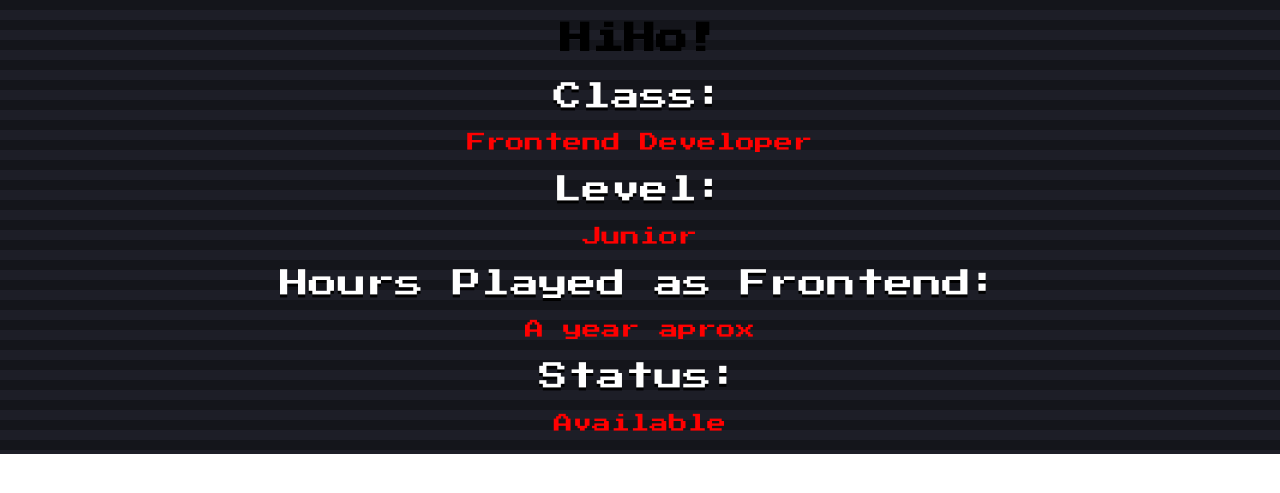
Repository: sernalab/soon
Page: index.html
These files come from the project's save history. The page is drawn as it stood at one moment and after the next save; the edit follows.
The browser window is 1280 px wide. The pictures show the whole page.
Some web fonts or font styles are not loaded; a fallback is used.

Above is the page before, as saved 2018-12-27 00:26:26.

### index.html
<!DOCTYPE html>
<html lang="en">

<head>
    <meta charset="UTF-8">
    <meta name="viewport" content="width=device-width, initial-scale=1.0">
    <meta http-equiv="X-UA-Compatible" content="ie=edge">
    <title>Lulz</title>
    <link rel="stylesheet" href="css/styles.css">
    <link href="https://fonts.googleapis.com/css?family=Aldrich" rel="stylesheet">
    <link href="https://fonts.googleapis.com/css?family=Press+Start+2P" rel="stylesheet">

</head>

<body>
    <main>
        <h1>HiHo!</h1>
        <span>Class:</span>
        <p> Frontend Developer</p>
        <span>Level:</span>
        <p>Junior</p>
        <span>Hours Played as Frontend:</span>
        <p>A year aprox</p>
        <span>Status:</span>
        <p>Available</p>
        <!-- 14151b 1d1e27-->
    </main>
</body>

<script>
    // google analitycs
</script>

</html>

### css/styles.css
/*! normalize.css v8.0.1 | MIT License | github.com/necolas/normalize.css */


/* Document
   ========================================================================== */


/**
 * 1. Correct the line height in all browsers.
 * 2. Prevent adjustments of font size after orientation changes in iOS.
 */

html {
    line-height: 1.15;
    /* 1 */
    -webkit-text-size-adjust: 100%;
    /* 2 */
}


/* Sections
   ========================================================================== */


/**
 * Remove the margin in all browsers.
 */

body {
    margin: 0;
}


/**
 * Render the `main` element consistently in IE.
 */

main {
    display: block;
}


/**
 * Correct the font size and margin on `h1` elements within `section` and
 * `article` contexts in Chrome, Firefox, and Safari.
 */

h1 {
    font-size: 2em;
    margin: 0.67em 0;
}


/* Grouping content
   ========================================================================== */


/**
 * 1. Add the correct box sizing in Firefox.
 * 2. Show the overflow in Edge and IE.
 */

hr {
    box-sizing: content-box;
    /* 1 */
    height: 0;
    /* 1 */
    overflow: visible;
    /* 2 */
}


/**
 * 1. Correct the inheritance and scaling of font size in all browsers.
 * 2. Correct the odd `em` font sizing in all browsers.
 */

pre {
    font-family: monospace, monospace;
    /* 1 */
    font-size: 1em;
    /* 2 */
}


/* Text-level semantics
   ========================================================================== */


/**
 * Remove the gray background on active links in IE 10.
 */

a {
    background-color: transparent;
}


/**
 * 1. Remove the bottom border in Chrome 57-
 * 2. Add the correct text decoration in Chrome, Edge, IE, Opera, and Safari.
 */

abbr[title] {
    border-bottom: none;
    /* 1 */
    text-decoration: underline;
    /* 2 */
    text-decoration: underline dotted;
    /* 2 */
}


/**
 * Add the correct font weight in Chrome, Edge, and Safari.
 */

b,
strong {
    font-weight: bolder;
}


/**
 * 1. Correct the inheritance and scaling of font size in all browsers.
 * 2. Correct the odd `em` font sizing in all browsers.
 */

code,
kbd,
samp {
    font-family: monospace, monospace;
    /* 1 */
    font-size: 1em;
    /* 2 */
}


/**
 * Add the correct font size in all browsers.
 */

small {
    font-size: 80%;
}


/**
 * Prevent `sub` and `sup` elements from affecting the line height in
 * all browsers.
 */

sub,
sup {
    font-size: 75%;
    line-height: 0;
    position: relative;
    vertical-align: baseline;
}

sub {
    bottom: -0.25em;
}

sup {
    top: -0.5em;
}


/* Embedded content
   ========================================================================== */


/**
 * Remove the border on images inside links in IE 10.
 */

img {
    border-style: none;
}


/* Forms
   ========================================================================== */


/**
 * 1. Change the font styles in all browsers.
 * 2. Remove the margin in Firefox and Safari.
 */

button,
input,
optgroup,
select,
textarea {
    font-family: inherit;
    /* 1 */
    font-size: 100%;
    /* 1 */
    line-height: 1.15;
    /* 1 */
    margin: 0;
    /* 2 */
}


/**
 * Show the overflow in IE.
 * 1. Show the overflow in Edge.
 */

button,
input {
    /* 1 */
    overflow: visible;
}


/**
 * Remove the inheritance of text transform in Edge, Firefox, and IE.
 * 1. Remove the inheritance of text transform in Firefox.
 */

button,
select {
    /* 1 */
    text-transform: none;
}


/**
 * Correct the inability to style clickable types in iOS and Safari.
 */

button,
[type="button"],
[type="reset"],
[type="submit"] {
    -webkit-appearance: button;
}


/**
 * Remove the inner border and padding in Firefox.
 */

button::-moz-focus-inner,
[type="button"]::-moz-focus-inner,
[type="reset"]::-moz-focus-inner,
[type="submit"]::-moz-focus-inner {
    border-style: none;
    padding: 0;
}


/**
 * Restore the focus styles unset by the previous rule.
 */

button:-moz-focusring,
[type="button"]:-moz-focusring,
[type="reset"]:-moz-focusring,
[type="submit"]:-moz-focusring {
    outline: 1px dotted ButtonText;
}


/**
 * Correct the padding in Firefox.
 */

fieldset {
    padding: 0.35em 0.75em 0.625em;
}


/**
 * 1. Correct the text wrapping in Edge and IE.
 * 2. Correct the color inheritance from `fieldset` elements in IE.
 * 3. Remove the padding so developers are not caught out when they zero out
 *    `fieldset` elements in all browsers.
 */

legend {
    box-sizing: border-box;
    /* 1 */
    color: inherit;
    /* 2 */
    display: table;
    /* 1 */
    max-width: 100%;
    /* 1 */
    padding: 0;
    /* 3 */
    white-space: normal;
    /* 1 */
}


/**
 * Add the correct vertical alignment in Chrome, Firefox, and Opera.
 */

progress {
    vertical-align: baseline;
}


/**
 * Remove the default vertical scrollbar in IE 10+.
 */

textarea {
    overflow: auto;
}


/**
 * 1. Add the correct box sizing in IE 10.
 * 2. Remove the padding in IE 10.
 */

[type="checkbox"],
[type="radio"] {
    box-sizing: border-box;
    /* 1 */
    padding: 0;
    /* 2 */
}


/**
 * Correct the cursor style of increment and decrement buttons in Chrome.
 */

[type="number"]::-webkit-inner-spin-button,
[type="number"]::-webkit-outer-spin-button {
    height: auto;
}


/**
 * 1. Correct the odd appearance in Chrome and Safari.
 * 2. Correct the outline style in Safari.
 */

[type="search"] {
    -webkit-appearance: textfield;
    /* 1 */
    outline-offset: -2px;
    /* 2 */
}


/**
 * Remove the inner padding in Chrome and Safari on macOS.
 */

[type="search"]::-webkit-search-decoration {
    -webkit-appearance: none;
}


/**
 * 1. Correct the inability to style clickable types in iOS and Safari.
 * 2. Change font properties to `inherit` in Safari.
 */

::-webkit-file-upload-button {
    -webkit-appearance: button;
    /* 1 */
    font: inherit;
    /* 2 */
}


/* Interactive
   ========================================================================== */


/*
 * Add the correct display in Edge, IE 10+, and Firefox.
 */

details {
    display: block;
}


/*
 * Add the correct display in all browsers.
 */

summary {
    display: list-item;
}


/* Misc
   ========================================================================== */


/**
 * Add the correct display in IE 10+.
 */

template {
    display: none;
}


/**
 * Add the correct display in IE 10.
 */

[hidden] {
    display: none;
}


/* custom css */

body {
    font-family: 'Press Start 2P';
    background: repeating-linear-gradient( #14151b, #14151b 10px, #1d1e27 10px, #1d1e27 20px);
    background-repeat: no-repeat;
    height: -webkit-fill-available;
}

main {
    display: flex;
    flex-direction: column;
    align-items: center;
}

span {
    color: white;
    font-size: 1.8em;
    text-shadow: 0 .1em 0 #000;
}

p {
    font-size: 1.2em;
    color: red;
}

After the next save:
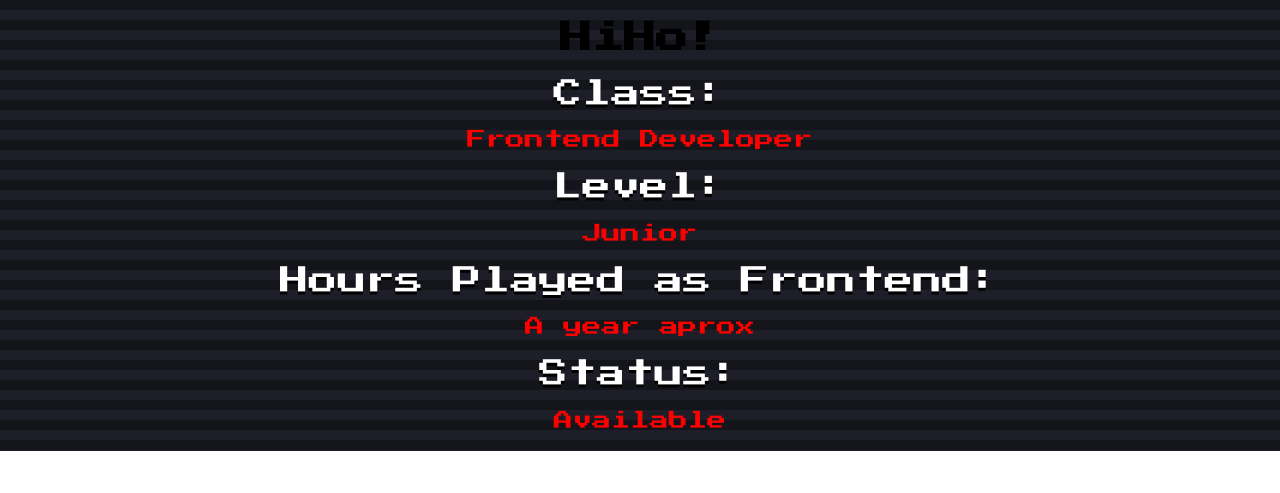
Saved 34 s later.
--- a/css/styles.css
+++ b/css/styles.css
@@ -434,6 +434,10 @@ main {
     align-items: center;
 }
 
+h1 {
+    margin: 20px 0;
+}
+
 span {
     color: white;
     font-size: 1.8em;
